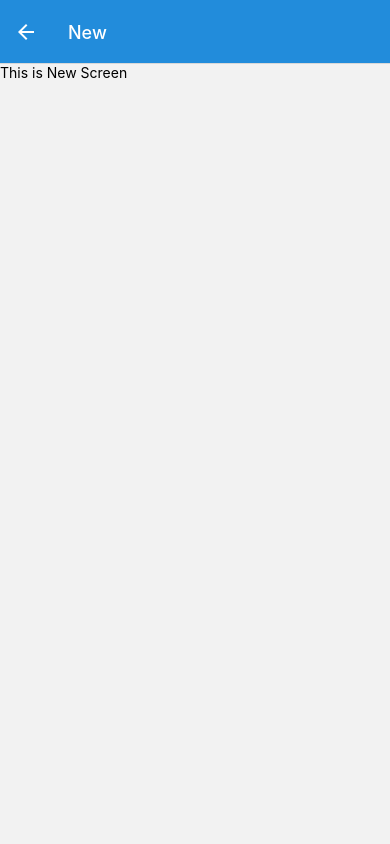
Repository: dev-bot1/-Sigfyn-Software-Development-Engineer-Trainee-Interview-todolist
Screen: /New
The author's editor kept a copy of each file at every save. The screen is drawn from the files as they stood at one save, then again after the next save.
The app was drawn by React Native's web renderer in a window 390 px wide. The project was rebuilt for these pictures with package versions that can differ from the ones it lists, and the page was loaded fresh each time.

Above is the screen before, as saved 2022-01-17 21:48:11.

After the next save:
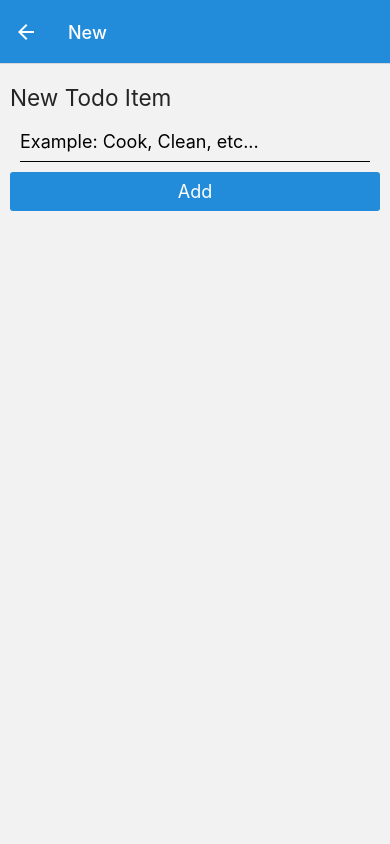
Saved 4 min 39 s later.
--- a/src/screens/NewScreen.js
+++ b/src/screens/NewScreen.js
@@ -1,10 +1,46 @@
+import { Formik } from 'formik';
 import React from 'react';
-import { Text, View } from 'react-native';
+import { StyleSheet, View } from 'react-native';
+import { Text } from 'react-native-elements';
+import { Button } from 'react-native-elements/dist/buttons/Button';
+import { Input } from 'react-native-elements/dist/input/Input';
 
 export default function NewScreen () {
+
+  function newTask (values) {
+	//TODO save new task
+  }
+
   return (
-    <View>
-      <Text>This is New Screen</Text>
-    </View>
+    <Formik
+      initialValues={{title: ''}}
+      onSubmit={newTask}
+    >
+      {({handleChange, handleBlur, handleSubmit, values}) => (
+        <View style={style.container}>
+          <Text h4>New Todo Item</Text>
+          <Input
+            placeholder="Example: Cook, Clean, etc..."
+            onChangeText={handleChange('title')}
+            onBlur={handleBlur('title')}
+            style={style.input}
+          />
+          <Button title="Add" onPress={handleSubmit} style={style.button} />
+        </View>
+      )}
+    </Formik>
   )
 }
+
+const style = StyleSheet.create({
+  container: {
+    marginTop: 10,
+    padding: 10
+  },
+  input: {
+    marginTop: 10
+  },
+  button: {
+    backgroundColor: '#228CDB'
+  }
+})
